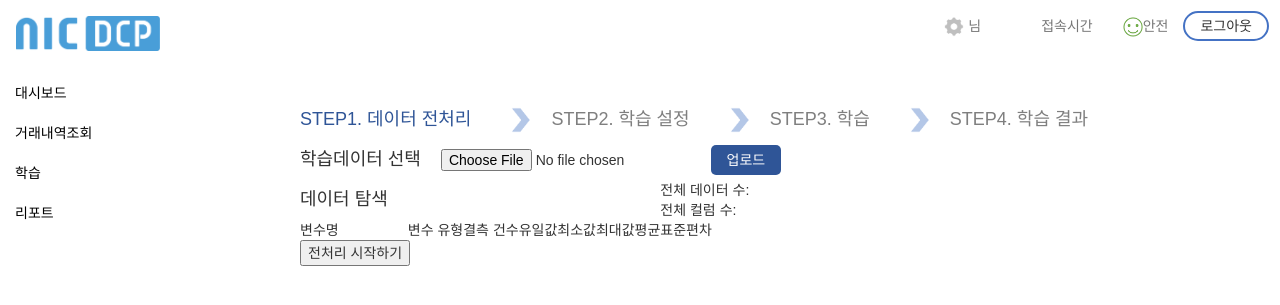
Repository: zzyeah0/project01
Page: http://localhost/nicdcp_frontend/step1_upload.jsp
These files come from the project's save history. The page is drawn as it stood at one moment and after the next save; the edit follows.
The browser window is 1280 px wide. The pictures show the whole page.
Some web fonts or font styles are not loaded; a fallback is used. The page is served by Tomcat 9. The template is opened directly, without the code that normally fills it, so the values that code supplies are empty.

Above is the page before, as saved 2021-05-24 09:48:36.

After the next save:
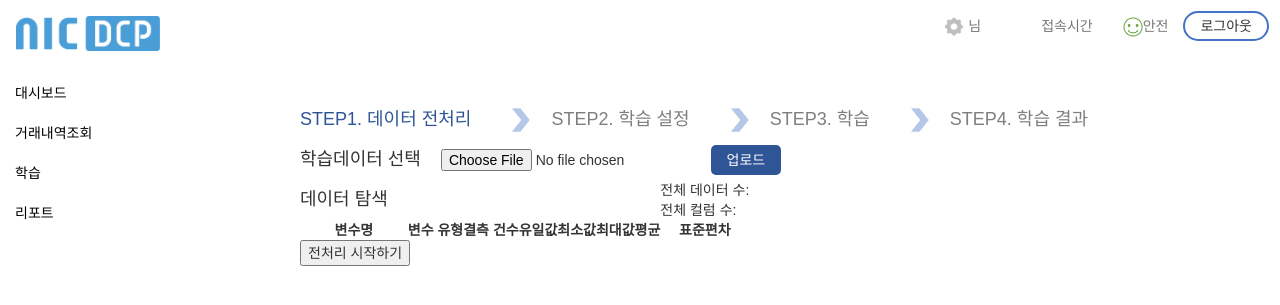
Saved 31 s later.
--- a/nicdcp_frontend/src/main/webapp/step1_upload.jsp
+++ b/nicdcp_frontend/src/main/webapp/step1_upload.jsp
@@ -45,14 +45,14 @@
 				<td>전체 데이터 수: ${list.size() } <br/>전체 컬럼 수: </td>
 			</tr>
 			<tr>
-				<td>변수명</td>
-				<td>변수 유형</td>
-				<td>결측 건수</td>
-				<td>유일값</td>
-				<td>최소값</td>
-				<td>최대값</td>
-				<td>평균</td>
-				<td>표준편차</td>
+				<th>변수명</th>
+				<th>변수 유형</th>
+				<th>결측 건수</th>
+				<th>유일값</th>
+				<th>최소값</th>
+				<th>최대값</th>
+				<th>평균</th>
+				<th>표준편차</th>
 			</tr>
 			<c:if test="${!empty list}">
 			<c:forEach items="${list }" var="list">
